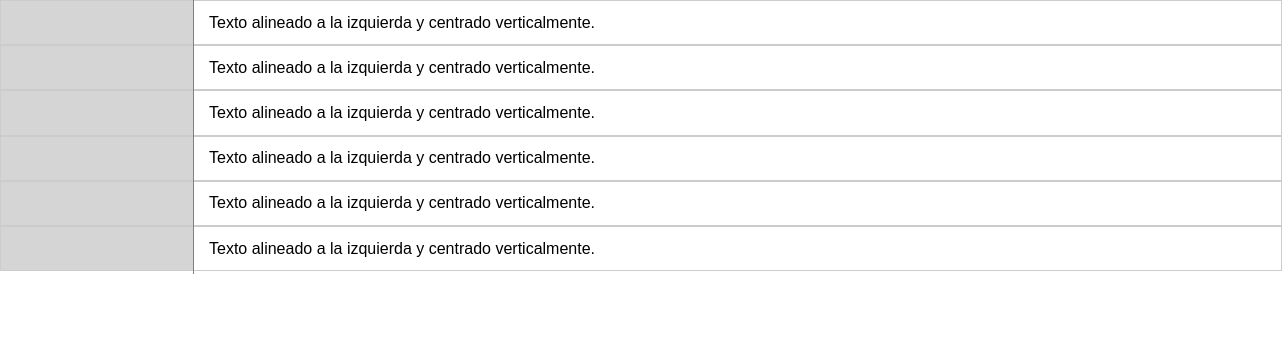
Repository: aCoupon0/intranet
Page: 1/gasto.html
These files come from the project's save history. The page is drawn as it stood at one moment and after the next save; the edit follows.
The browser window is 1280 px wide. The page is 1282 px wide, so the pictures cover 1282 px, including what lies to the right of the window. The pictures show the whole page.

Above is the page before, as saved 2024-12-11 11:17:55.

### 1/gasto.html
<!DOCTYPE html>
<html lang="es">

<head>
    <meta charset="UTF-8">
    <meta name="viewport" content="width=device-width, initial-scale=1.0">
    <title>Intranet DermaBox</title>
    <link rel="stylesheet" href="../css/gasto.css">
</head>
<body>
    <div class="container">
        <div class="checkbox" onclick="toggleCheckbox(this)"></div>
        <div class="text-container">
            <p>Texto alineado a la izquierda y centrado verticalmente.</p>
        </div>
    </div>
    <div class="container">
        <div class="checkbox" onclick="toggleCheckbox(this)"></div>
        <div class="text-container">
            <p>Texto alineado a la izquierda y centrado verticalmente.</p>
        </div>
    </div>
    <div class="container">
        <div class="checkbox" onclick="toggleCheckbox(this)"></div>
        <div class="text-container">
            <p>Texto alineado a la izquierda y centrado verticalmente.</p>
        </div>
    </div>
    <div class="container">
        <div class="checkbox" onclick="toggleCheckbox(this)"></div>
        <div class="text-container">
            <p>Texto alineado a la izquierda y centrado verticalmente.</p>
        </div>
    </div>
    <div class="container">
        <div class="checkbox" onclick="toggleCheckbox(this)"></div>
        <div class="text-container">
            <p>Texto alineado a la izquierda y centrado verticalmente.</p>
        </div>
    </div>
    <div class="container">
        <div class="checkbox" onclick="toggleCheckbox(this)"></div>
        <div class="text-container">
            <p>Texto alineado a la izquierda y centrado verticalmente.</p>
        </div>
    </div>

    <script>
        function toggleCheckbox(element) {
            element.classList.toggle('active');
        }
    </script>
</body>

</html>

### css/gasto.css
body {
    margin: 0;
    font-family: Arial, sans-serif;
}
.container {
    width: 100%;
    height: 6vh;
    display: flex;
    align-items: center;
    border: 1px solid #ccc;
}
.checkbox {
    width: 15vw;
    height: 100%;
    background-color: rgb(213, 213, 213);
    display: flex;
    justify-content: center;
    align-items: center;
    cursor: pointer;
    transition: background-color 0.3s;
}
.checkbox.active {
    background-color: blue;
}
.text-container {
    flex: 1;
    display: flex;
    align-items: center;
    text-align: left;
    padding: 0 15px;
    border-left: 1px solid grey;
}

After the next save:
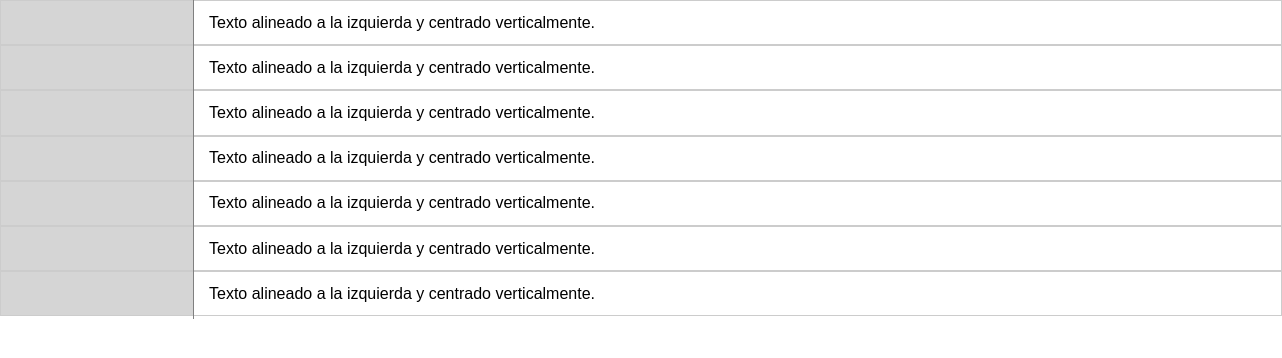
Saved 13 s later.
--- a/1/gasto.html
+++ b/1/gasto.html
@@ -44,6 +44,12 @@
             <p>Texto alineado a la izquierda y centrado verticalmente.</p>
         </div>
     </div>
+    <div class="container">
+        <div class="checkbox" onclick="toggleCheckbox(this)"></div>
+        <div class="text-container">
+            <p>Texto alineado a la izquierda y centrado verticalmente.</p>
+        </div>
+    </div>
 
     <script>
         function toggleCheckbox(element) {
